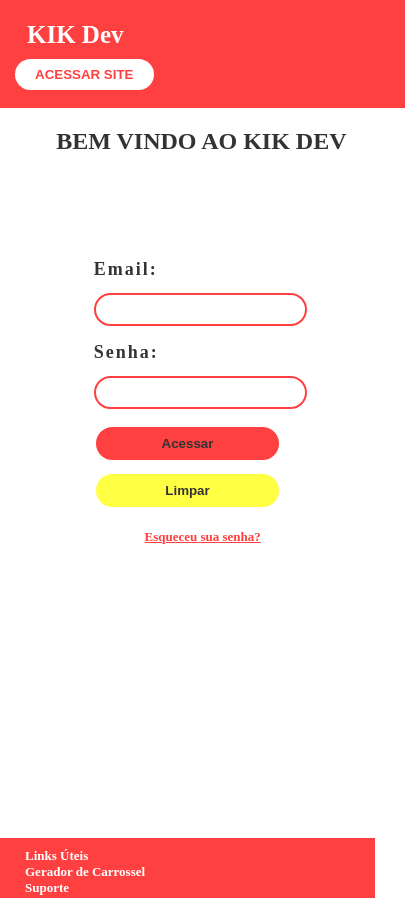
Repository: devgabrielvieira/kikdev
Page: index.html
An editor plug-in stored every save of this project. The page is shown before and after a run of saves, followed by the edit.
The browser window is 375 px wide. The page is 405 px wide, so the pictures cover 405 px, including what lies to the right of the window. The pictures show the whole page.

Above is the page before, as saved 2022-10-30 19:20:03.

### index.html
<!DOCTYPE html>
<html lang="pt-br">

<head>
    <meta charset="UTF-8">
    <meta http-equiv="X-UA-Compatible" content="IE=edge">
    <meta name="viewport" content="width=device-width, initial-scale=1.0">
    <link rel="shortcut icon" href="imagens/favicon.ico" type="image/x-icon">
    <link rel="stylesheet" href="style.css">
    <link rel="stylesheet" href="style-mobile.css">
    <script src="script_processo.js"></script>
    <title>KIK Dev</title>

</head>

<body id="pag_processos" onload="dimensaoTela()">

    <div class="header-index">
        <a href="#Default" class="logo">KIK Dev</a>

        <button type="submit" name="name" class="button-right"><strong>ACESSAR SITE</strong></a></button>

    </div>
    <div class="conteudo">
        <!--abrimos a div conteúdo-->
        <!-- <img src="imagens/conteudo.jpg" alt="Conteúdo"> -->

        <h2>BEM VINDO AO KIK DEV</h2>

        <div class="login">
            <label for="username">Email:</label>
            <input type="text" id="username" name="username">
            <br>
            <label for="pass">Senha:</label>
            <input type="password" id="pass" name="password" minlength="8" required>
            <br>
            <input class="btn-acessar" type="submit" value="Acessar">
            <br>
            <input class="btn-limpar" type="reset" value="Limpar">
            <br><br>
        </div>
        <a href="recuperar-senha.html" target="_self" rel="next" class="href">Esqueceu sua senha?</a>
    </div>
    <!--aqui fechamos a div conteudo-->

    <footer class="footer">
        <strong>
            <p>Links Úteis</p>
        </strong>
        <strong>
            <p>Gerador de Carrossel</p>
        </strong>
        <strong>
            <p>Suporte</p>
        </strong>
    </footer>

</body>

</html>

### style.css
@charset "UTF-8";

* {
    margin: 0;
    padding: 0;
}

html {
    margin: 0;
    padding: 0;
}

.header {
    overflow: hidden;
    background-color: #FF4040;
    padding: 20px 10px;
}

.header a {
    float: left;
    color: #fff;
    text-align: center;
    padding: 12px;
    text-decoration: none;
    font-size: 18px;
    line-height: 25px;
    border-radius: 4px;
}

.header a.logo {
    font-size: 25px;
    font-weight: bold;
}

.header a:hover {
    background-color: #ddd;
    color: #333333;
}

.header a.active {
    background-color: #d8d7d7;
    color: #fff;
}

.header-right {
    float: right;
}

.button-right {
    float: right;
    padding: 8px 20px;
    border: #d8d7d7;
    border-radius: 50px;
    color: #FF4040;
    background-color: #fff;
}

.header-index {
    overflow: hidden;
    background-color: #FF4040;
    padding: 5px 10px;
}

.header-index a {
    float: left;
    color: #fff;
    text-align: center;
    padding: 12px;
    text-decoration: none;
    font-size: 18px;
    line-height: 25px;
    border-radius: 4px;
}

.header-index a.logo {
    font-size: 25px;
    font-weight: bold;
}

.header-index a:hover {
    background-color: #ddd;
    color: #333333;
}

.header-index a.active {
    background-color: #d8d7d7;
    color: #fff;
}

.conteudo {
    width: 100%;
    height: 450px;
    overflow: hidden;
    background-color: #fff;
}

/* .conteudo img {
    width: 100%;
    background-color: #fff;
    margin: 2px 0 0 0;
    padding: 0;
    position: relative;
    height: 15.5rem;
} */

.footer {
    width: auto;
    background-color: #FF4040;
    padding: 20px 10px;
    position: relative;
    height: 2.5rem;
    bottom: -50px;
}

p {
    font-size: 13px;
    margin: 0 0 0 10px;
    float: none;
    overflow: hidden;
    color: #fff;
}

label {
    margin: 10px 50px 0 500px;
    display: block;
    letter-spacing: 2px;
    font-size: 18px;
    color: #333333;
    margin-bottom: 3px;
    font-weight: bold;
}

input[type='submit'],
label {
    margin: 10px 50px 0 500px;
    margin-top: 1rem;
    color: #333333;
}

input {
    margin: 10px 50px 0 500px;
    caret-color: #222;
    color: #333333;
    border: 2px solid #FF4040;
    border-radius: 36px;
    padding: 7px 15px;
    text-align: center;
    font-weight: bold;
}

input:hover {
    border: 2px solid #a0a0a0;
}

.login {
    margin: 80px 0 0 0;
    width: -100%;
}

.href {
    margin: 10px 50px 0 550px;
    font-size: 13px;
    font-weight: bold;
    color: #FF4040;
    text-align: center;

}

.btn-acessar {
    margin: 10px 50px 0 500px;
    background: #FF4040;
    border: 2px solid #fff;
    padding: 9px 15px;
    width: 210px;
    max-width: 100%;
}

.btn-limpar {
    margin: 10px 50px 0 500px;
    background: #FF4;
    border: 2px solid #fff;
    padding: 9px 15px;
    width: 210px;
    max-width: 100%;
}

h2 {
    width: 100%;
    display: inline-flex;
    margin: 20px 50px 5px 450px;
    color: #333333;
}

### style-mobile.css
@charset "UTF-8";

@media screen and (max-width: 600px) {
  * {
    margin: 0;
    padding: 0;
  }

  html {
    margin: 0;
    padding: 0;
  }

  .header-index {
    overflow: hidden;
    background-color: #ff4040;
    padding: 10px 15px;
    height: 5.5rem;
    width: 100%;
  }

  .header a {
    float: none;
    display: block;
    text-align: left;
  }

  .header-index a {
    float: none;
    display: block;
    text-align: left;
  }

  .header-right {
    float: none;
  }

  .button-right {
    float: none;
  }

  .footer {
    float: none;
    /* display: block; */
    /* position: relative; */
    /* height: 5.5rem; */
    /* width: 100%; */
    bottom: -280px;
    /* overflow: hidden; */

    overflow: hidden;
    /* background-color: #ff4040; */
    padding: 10px 15px;
    /* height: 5.5rem;
    /* width: 100%; */ */

  }

  /* .conteudo img {
        float: none;
        display: block;
        position: absolute;
        width: 100%;
        background-color: #fff;
        margin: 2px 0 0 0;
        height: 10rem;
    } */

  .login {
    width: 50%;
    display: inline-block;
  }

  label {
    margin-left: 50%;
    margin-bottom: 3px;
    display: block;
    letter-spacing: 2px;
    font-size: 18px;
    color: #333333;
    font-weight: bold;
  }

  input[type="submit"],
  label {
    margin-left: 50%;
    margin-top: 1rem;
    color: #333333;
  }

  input {
    margin-left: 50%;
    caret-color: #222;
    color: #333333;
    border: 2px solid #ff4040;
    border-radius: 36px;
    padding: 7px 15px;
    text-align: center;
    font-weight: bold;
  }

  input:hover {
    border: 2px solid #a0a0a0;
  }

  .href {
    margin-left: 30%;
    font-size: 13px;
    font-weight: bold;
    color: #ff4040;
    text-align: center;
    width: 100%;
    padding: 2rem;
  }

  .btn-acessar {
    margin-left: 50%;
    margin-right: 50%;
    background: #ff4040;
    border: 2px solid #fff;
    padding: 9px 15px;
    width: 210px;
    max-width: 100%;
  }

  .btn-limpar {
    margin-left: 50%;
    margin-right: 50%;
    background: #ff4;
    border: 2px solid #fff;
    padding: 9px 15px;
    width: 210px;
    max-width: 100%;
  }

  h2 {
    width: 100%;
    display: inline-block;
    margin-bottom: 0.5rem;
    margin-left: 15%;
    color: #333333;
  }
}

### script_processo.js
function dimensaoTela(){
    var heightTela = window.innerHeight;
    var widthTela = window.innerWidth;

    document.getElementById('pag_processos').style.minHeight = heightTela+'px';
}

After the next 3 saves:
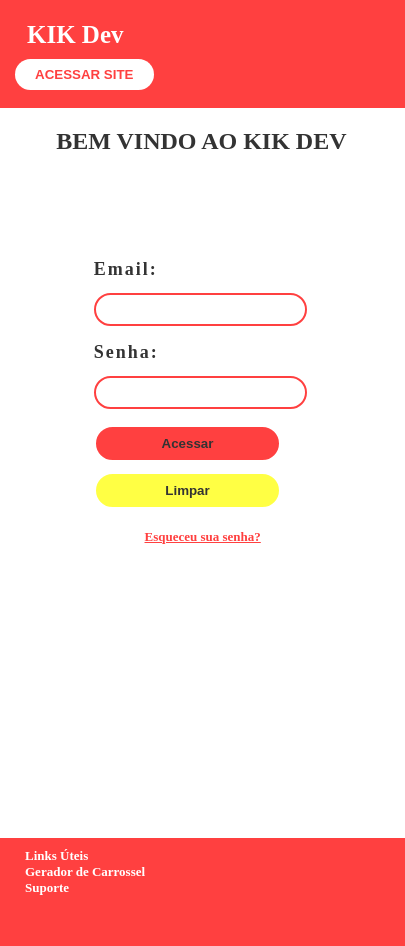
The 3 saves are shown as one change because they came seconds apart.
The last was saved 11 s later.
--- a/style-mobile.css
+++ b/style-mobile.css
@@ -51,8 +51,8 @@
     overflow: hidden;
     /* background-color: #ff4040; */
     padding: 10px 15px;
-    /* height: 5.5rem;
-    /* width: 100%; */ */
+    height: 5.5rem;
+    width: 100%;
 
   }
 
